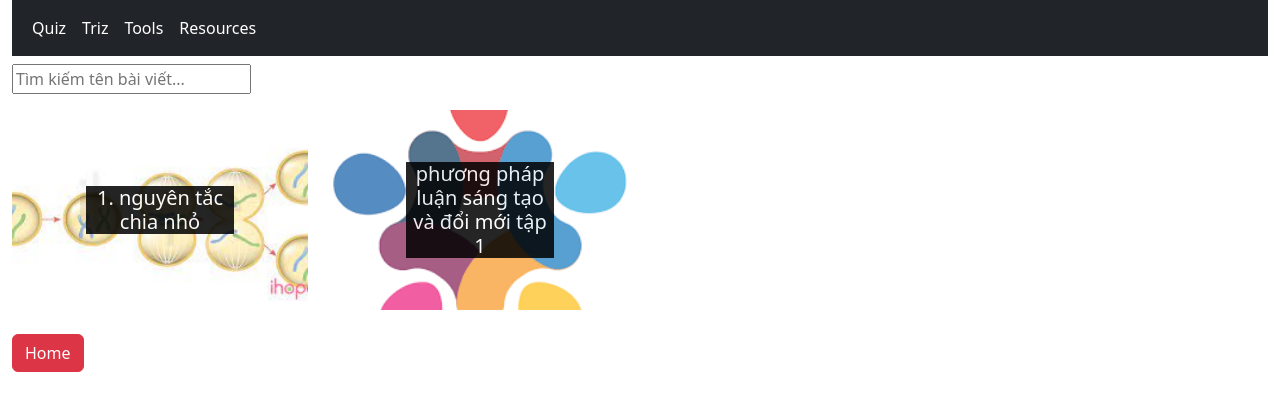
Repository: tran-thien-nhan/quiz_tlln
Page: triz_blog.html
The author's editor kept a copy of each file at every save. The page is drawn from the files as they stood at one save, then again after the next save.
The browser window is 1280 px wide. The pictures show the whole page.

Above is the page before, as saved 2023-06-26 19:07:19.

After the next save:
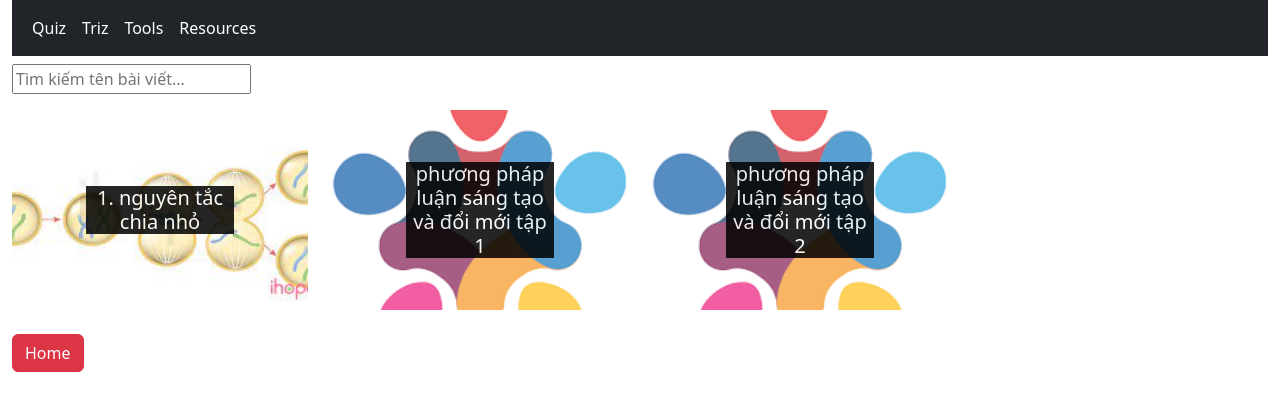
Saved 1 s later.
--- a/triz.json
+++ b/triz.json
@@ -9,6 +9,11 @@
             "google_drive_link": "https://drive.google.com/file/d/1MicGm6BYItGJi3qweUf0rqu8Pge_mTcx/view?usp=drive_link",
             "image_link": "img/triz_logo.png",
             "title": "phương pháp luận sáng tạo và đổi mới tập 1"
+        },
+        {
+            "google_drive_link": "https://drive.google.com/file/d/1O9jFmHvpKLDQcq7YO95bywoCXq8VDKa5/view?usp=drive_link",
+            "image_link": "img/triz_logo.png",
+            "title": "phương pháp luận sáng tạo và đổi mới tập 2"
         }
     ]
 }
